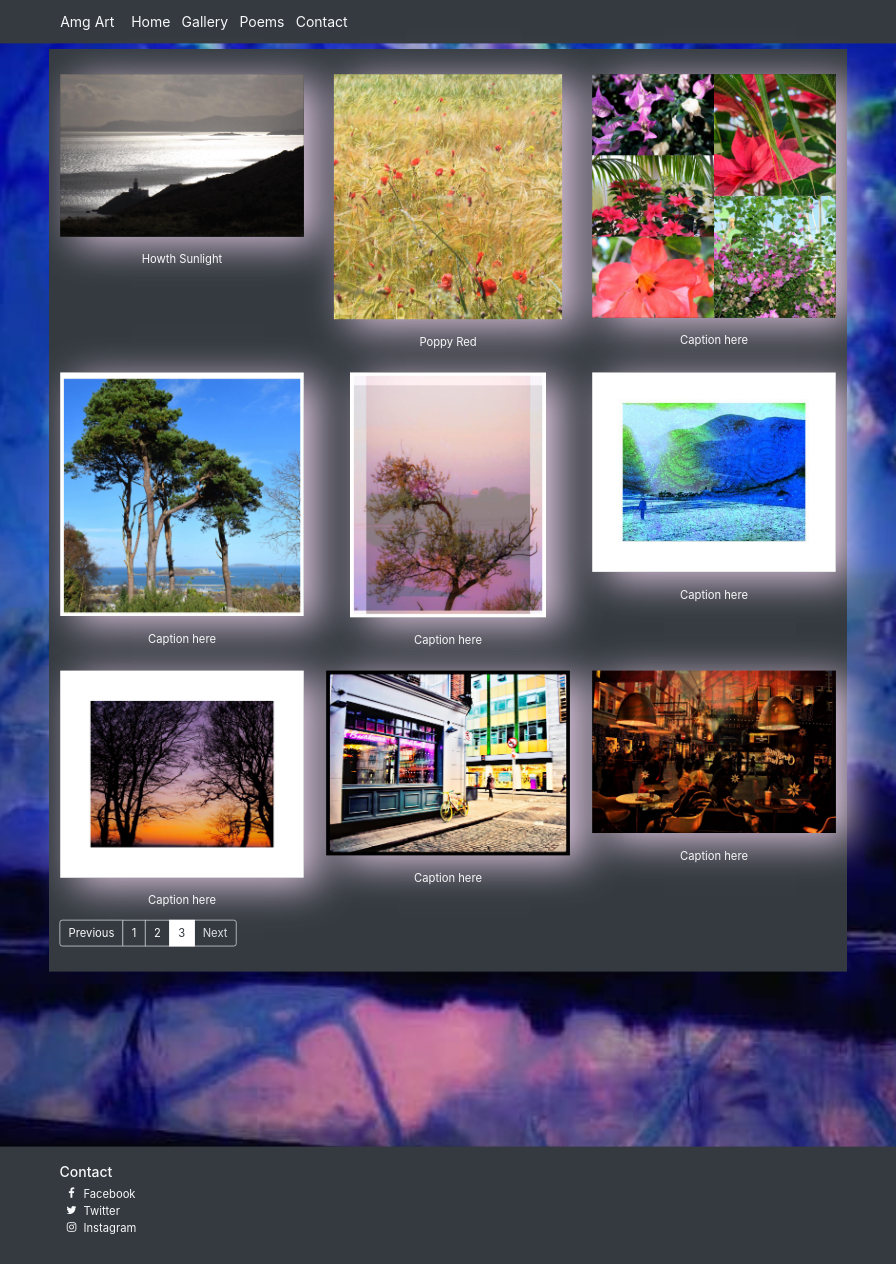
Repository: AllenGleeson/AmgArtGallery
Page: gallery3.html
The author's editor kept a record of every edit. The page is drawn from the files as they stood at one moment, then again after the next edit.
The browser window is 1280 px wide. The pictures show the whole page, at 70% of full size.

Above is the page before.

### gallery3.html
<!DOCTYPE html>
<html>

<head>
    <meta charset="UTF-8">
    <meta name="viewport" content="width=device-width, initial-scale=1.0">
    <meta http-equiv="X-UA-Compatible" content="ie=edge">
    <link rel="stylesheet" href="https://stackpath.bootstrapcdn.com/bootstrap/4.3.1/css/bootstrap.min.css" type="text/css" />
    <link rel="stylesheet" href="https://stackpath.bootstrapcdn.com/font-awesome/4.7.0/css/font-awesome.min.css" type="text/css" />
    <link rel="stylesheet" href="assets/css/style.css" type="text/css" />
</head>

<body>
    <header class="bg-dark mb-2">
        <nav class="navbar navbar-expand-sm navbar-light container">
            <a class="navbar-brand text-light" href="./index.html">Amg Art</a>
            <button class="navbar-toggler" type="button" data-toggle="collapse" data-target="#navbarNavAltMarkup" aria-controls="navbarNavAltMarkup" aria-expanded="false" aria-label="Toggle navigation">
                <span class="navbar-toggler-icon"></span>
            </button>
            <div class="collapse navbar-collapse" id="navbarNavAltMarkup">
                <div class="navbar-nav">
                    <a class="nav-item nav-link text-light" href="./index.html">Home</a>
                    <a class="nav-item nav-link text-light" href="./gallery1.html">Gallery</a>
                    <a class="nav-item nav-link text-light" href="./poems.html">Poems</a>
                    <a class="nav-item nav-link text-light active" href="./contact.html">Contact <span class="sr-only">(current)</span></a>
                </div>
            </div>
        </nav>
    </header>

    <section class="container bg-dark">

        <div class="row">
            <div class="col-sm-4 p-3 text-center" data-toggle="modal" data-target="#image-01">
                <img src="assets/images/howthsunlight.jpg" class="galleryImage"></img>
                <div class="text-center text-light">Howth Sunlight</div>
            </div>
            <div class="col-sm-4 p-3 text-center" data-toggle="modal" data-target="#image-02">
                <img src="assets/images/poppyred.jpg" class="galleryImage"></img>
                <div class="text-center text-light">Poppy Red</div>
            </div>
            <div class="col-sm-4 p-3 text-center" data-toggle="modal" data-target="#image-03">
                <img src="assets/images/howhouseflowers.jpg" class="galleryImage"></img>
                <div class="text-center text-light">Caption here</div>
            </div>
            <div class="col-sm-4 p-3 text-center" data-toggle="modal" data-target="#image-04">
                <img src="assets/images/howth.jpg" class="galleryImage"></img>
                <div class="text-center text-light">Caption here</div>
            </div>
            <div class="col-sm-4 p-3 text-center" data-toggle="modal" data-target="#image-05">
                <img src="assets/images/plumblossum.jpg" class="galleryImage"></img>
                <div class="text-center text-light">Caption here</div>
            </div>
            <div class="col-sm-4 p-3 text-center" data-toggle="modal" data-target="#image-06">
                <img src="assets/images/theancientway.jpg" class="galleryImage"></img>
                <div class="text-center text-light">Caption here</div>
            </div>
            <div class="col-sm-4 p-3 text-center" data-toggle="modal" data-target="#image-07">
                <img src="assets/images/sunsettrees.jpg" class="galleryImage"></img>
                <div class="text-center text-light">Caption here</div>
            </div>
            <div class="col-sm-4 p-3 text-center" data-toggle="modal" data-target="#image-08">
                <img src="assets/images/dublincafe.jpg" class="galleryImage"></img>
                <div class="text-center text-light">Caption here</div>
            </div>
            <div class="col-sm-4 p-3 text-center" data-toggle="modal" data-target="#image-09">
                <img src="assets/images/citydreaming.jpg" class="galleryImage"></img>
                <div class="text-center text-light">Caption here</div>
            </div>
        </div>

        <!--  Gallery Page Navigation -->

        <nav aria-label="GalleryNav">
            <ul class="pagination">
                <li class="page-item">
                    <a class="page-link" href="./gallery2.html" tabindex="-1">Previous</a>
                </li>
                <li class="page-item">
                    <a class="page-link" href="./gallery1.html">1 <span class="sr-only">(current)</span></a>
                </li>
                <li class="page-item">
                    <a class="page-link" href="./gallery2.html">2 <span class="sr-only">(current)</span></a>
                </li>
                <li class="page-item active">
                    <a class="page-link active" href="./gallery3.html">3 <span class="sr-only">(current)</span></a>
                </li>
                <li class="page-item disabled">
                    <a class="page-link disabled" href="./gallery3.html">Next</a>
                </li>
            </ul>
        </nav>
    </section>

    <footer class="p-4 bg-dark text-light">
        <div class="container">
            <div class="row">
                <div class="col-sm-6">
                    <h5>Contact</h5>

                    <ul class="fa-ul">
                        <li><a href="www.facebook.com/amgasdsd" class="text-light"><i class="fa-li fa fa-facebook"></i><span>Facebook</span></a></li>
                        <li><a href="www.twitter.com/amgasdsd" class="text-light"><i class="fa-li fa fa-twitter"></i><span>Twitter</span></a></li>
                        <li><a href="www.instagram.com/amgasdsd" class="text-light"><i class="fa-li fa fa-instagram"></i><span>Instagram</span></a></li>
                    </ul>
                </div>
            </div>
        </div>
    </footer>

    <!-- Modals for Images -->

    <div class="modal fade" id="image-01" tabindex="-1" role="dialog" aria-labelledby="exampleModalLabel" aria-hidden="true">
        <div class="modal-dialog modal-dialog-centered" role="image">
            <div class="modal-content">
                <div class="modal-body">
                    <img src="assets/images/summertreeshowth.jpg" class="mw-100"></img>
                    <div class="text-center">Summer trees, Howth</div>
                </div>
            </div>
        </div>
    </div>

    <div class="modal fade" id="image-02" tabindex="-1" role="dialog" aria-labelledby="exampleModalLabel" aria-hidden="true">
        <div class="modal-dialog modal-dialog-centered" role="image">
            <div class="modal-content">
                <div class="modal-body">
                    <img src="assets/images/summercowparsley.jpg" class="mw-100"></img>
                    <div class="text-center">Late spring, Wicklow</div>
                </div>
            </div>
        </div>
    </div>

    <div class="modal fade" id="image-03" tabindex="-1" role="dialog" aria-labelledby="exampleModalLabel" aria-hidden="true">
        <div class="modal-dialog modal-dialog-centered" role="image">
            <div class="modal-content">
                <div class="modal-body">
                    <img src="assets/images/poppyfield.jpg" class="mw-100"></img>
                    <div class="text-center">Poppy field</div>
                </div>
            </div>
        </div>
    </div>

    <div class="modal fade" id="image-04" tabindex="-1" role="dialog" aria-labelledby="exampleModalLabel" aria-hidden="true">
        <div class="modal-dialog modal-dialog-centered" role="image">
            <div class="modal-content">
                <div class="modal-body">
                    <img src="assets/images/rose.jpg" class="mw-100"></img>
                    <div class="text-center">Rose</div>
                </div>
            </div>
        </div>
    </div>

    <div class="modal fade" id="image-05" tabindex="-1" role="dialog" aria-labelledby="exampleModalLabel" aria-hidden="true">
        <div class="modal-dialog modal-dialog-centered" role="image">
            <div class="modal-content">
                <div class="modal-body">
                    <img src="assets/images/sunsetmeath.jpg" class="mw-100"></img>
                    <div class="text-center">Sunset, Meath</div>
                </div>
            </div>
        </div>
    </div>

    <div class="modal fade" id="image-06" tabindex="-1" role="dialog" aria-labelledby="exampleModalLabel" aria-hidden="true">
        <div class="modal-dialog modal-dialog-centered" role="image">
            <div class="modal-content">
                <div class="modal-body">
                    <img src="assets/images/summercowparsley.jpg" class="mw-100"></img>
                    <div class="text-center">Summer cow parsley</div>
                </div>
            </div>
        </div>
    </div>

    <div class="modal fade" id="image-07" tabindex="-1" role="dialog" aria-labelledby="exampleModalLabel" aria-hidden="true">
        <div class="modal-dialog modal-dialog-centered" role="image">
            <div class="modal-content">
                <div class="modal-body">
                    <img src="assets/images/loghcrewmeath.jpg" class="mw-100"></img>
                    <div class="text-center">Loghcrew, Meath</div>
                </div>
            </div>
        </div>
    </div>

    <div class="modal fade" id="image-08" tabindex="-1" role="dialog" aria-labelledby="exampleModalLabel" aria-hidden="true">
        <div class="modal-dialog modal-dialog-centered" role="image">
            <div class="modal-content">
                <div class="modal-body">
                    <img src="assets/images/dublincafe.jpg" class="mw-100"></img>
                    <div class="text-center">Dublin cafe</div>
                </div>
            </div>
        </div>
    </div>

    <div class="modal fade" id="image-09" tabindex="-1" role="dialog" aria-labelledby="exampleModalLabel" aria-hidden="true">
        <div class="modal-dialog modal-dialog-centered" role="image">
            <div class="modal-content">
                <div class="modal-body">
                    <img src="assets/images/citydreaming.jpg" class="mw-100"></img>
                    <div class="text-center">City dreaming</div>
                </div>
            </div>
        </div>
    </div>

    <script src="https://code.jquery.com/jquery-3.3.1.slim.min.js" integrity="sha384-q8i/X+965DzO0rT7abK41JStQIAqVgRVzpbzo5smXKp4YfRvH+8abtTE1Pi6jizo" crossorigin="anonymous"></script>
    <script src="https://cdnjs.cloudflare.com/ajax/libs/popper.js/1.14.7/umd/popper.min.js" integrity="sha384-UO2eT0CpHqdSJQ6hJty5KVphtPhzWj9WO1clHTMGa3JDZwrnQq4sF86dIHNDz0W1" crossorigin="anonymous"></script>
    <script src="https://stackpath.bootstrapcdn.com/bootstrap/4.3.1/js/bootstrap.min.js" integrity="sha384-JjSmVgyd0p3pXB1rRibZUAYoIIy6OrQ6VrjIEaFf/nJGzIxFDsf4x0xIM+B07jRM" crossorigin="anonymous"></script>
</body>
</html>

### assets/css/style.css
section {
    display: block;
    width: 1800px;
    padding: 20px;
}

/*------------------------------------------------Color*/

.contentColor {
    background-color: #6A5ACD;
}

/*------------------------------------------------Nav Bar*/

.navbar-toggler {
    background-color: #fafafa;
}

.navbar-nav {
    font-size: 20px;
}

body {
    background-image: url("../images/bluescape.jpg");
    background-size: cover;
    background-repeat: no-repeat;
    background-position: center center;
}


/*------------------------------------------------Home Page*/

#FeaturedImages {
    border: 1px solid black;
    border-color: #fafafa;
    max-height: 700px;
    margin-left: auto;
    margin-right: auto;
    width: fit-content;
}

.carousel-item img {
    max-height: 700px;
}

@media only screen and (max-width: 768px) {
    .carousel-item img {
        max-height: 300px;
        max-width: 300px;
    }
}

/*------------------------------------------------Gallery Page*/

.galleryImage {
    max-height: 350px;
    max-width: 100%;
    margin-bottom: 20px;
    -webkit-box-shadow: 21px 11px 53px 0px rgba(235, 209, 235, 0.92);
    -moz-box-shadow: 21px 11px 53px 0px rgba(235, 209, 235, 0.92);
    box-shadow: 21px 11px 53px 0px rgba(235, 209, 235, 0.92);
}

@media only screen and (max-width: 768px) {
    .galleryImage {
        max-height: none;
    }
}

.page-item.disabled .page-link {
    color: #dee2e6;
    pointer-events: none;
    cursor: auto;
    background-color: #343a40;
}

.page-item.active .page-link {
    z-index: 1;
    color: #343a40;
    background-color: #fff;
    border-color: #fff;
}

.page-link {
    position: relative;
    display: block;
    padding: .5rem .75rem;
    margin-left: -1px;
    line-height: 1.25;
    color: #fafafa;
    background-color: #343a40;
    border: 1px solid #dee2e6;
}

/*------------------------------------------------Poems*/

.poems {
    max-width: 100%;
    -webkit-box-shadow: 21px 11px 53px 0px rgba(235, 209, 235, 0.92);
    -moz-box-shadow: 21px 11px 53px 0px rgba(235, 209, 235, 0.92);
    box-shadow: 21px 11px 53px 0px rgba(235, 209, 235, 0.92);
    padding: 0;
    border: none;
}

/*------------------------------------------------Contact*/

.aboutmeContainer {
    -webkit-box-shadow: 21px 11px 53px 0px rgba(235, 209, 235, 0.92);
    -moz-box-shadow: 21px 11px 53px 0px rgba(235, 209, 235, 0.92);
    box-shadow: 21px 11px 53px 0px rgba(235, 209, 235, 0.92);
    margin-bottom: 90px;
}

#aboutmeBio {
    font-size: 22px;
    font-family: Noto Sans, "san-serif";
    color: #fafafa;
}

#aboutImage {
    max-height: 350px;
    max-width: 100%;
    margin-bottom: 20px;
    -webkit-box-shadow: 21px 11px 53px 0px rgba(235, 209, 235, 0.92);
    -moz-box-shadow: 21px 11px 53px 0px rgba(235, 209, 235, 0.92);
    box-shadow: 21px 11px 53px 0px rgba(235, 209, 235, 0.92);
}

@media only screen and (max-width: 768px) {
    #aboutImage {
        max-height: none;
    }
}

/*------------------------------------------------Footer*/

footer {
    bottom: 0;
    width: 100%;
    white-space: nowrap;
    /* Set the fixed height of the footer here */
    margin: 0;
    margin-top: 250px;
}

@media only screen and (max-width: 500px) {
    footer {
        margin-top: 20px;
    }
}

#footer-icon {
    max-width: 150px;
}

After the next edit:
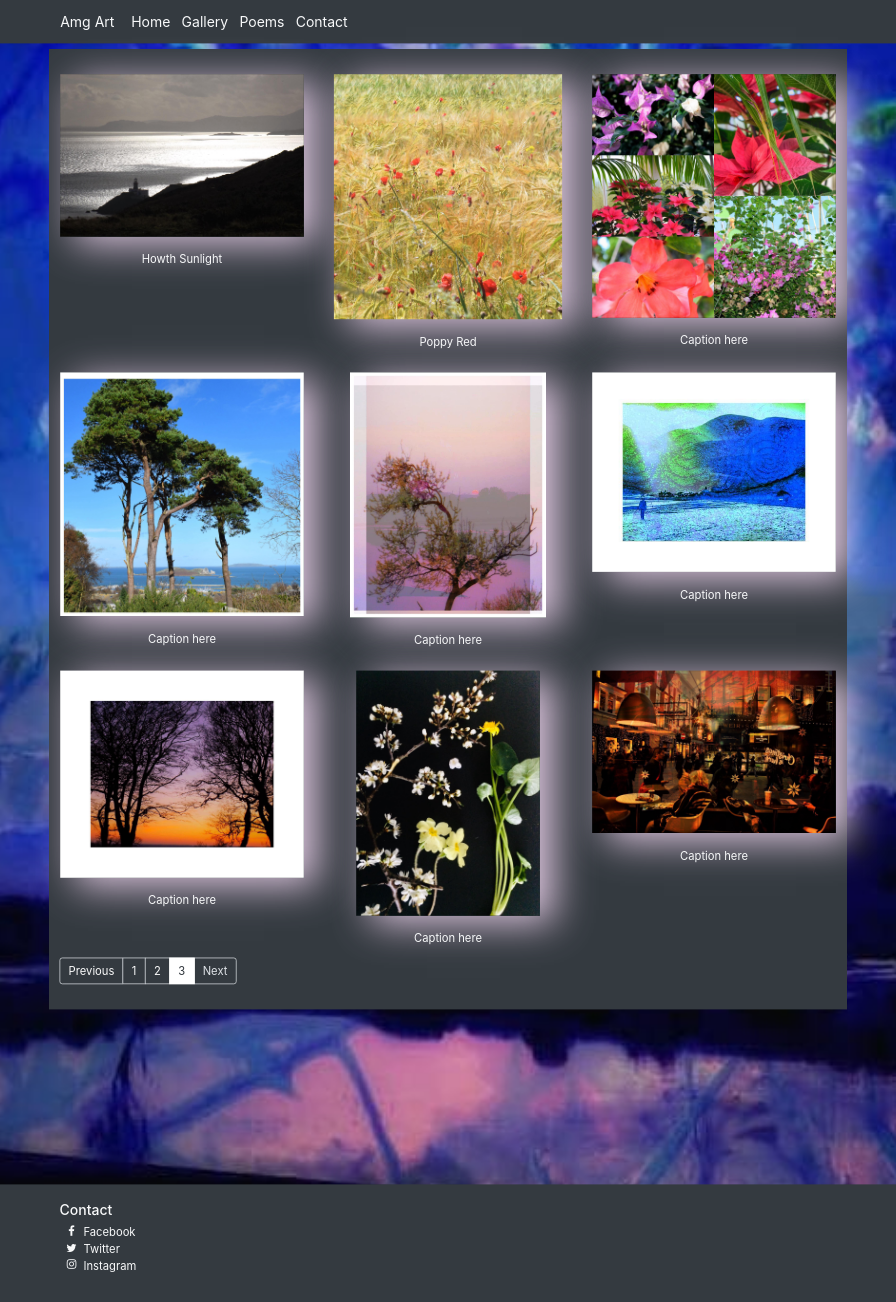
The edit:
--- a/gallery3.html
+++ b/gallery3.html
@@ -60,7 +60,7 @@
                 <div class="text-center text-light">Caption here</div>
             </div>
             <div class="col-sm-4 p-3 text-center" data-toggle="modal" data-target="#image-08">
-                <img src="assets/images/dublincafe.jpg" class="galleryImage"></img>
+                <img src="assets/images/hawthorn.jpg" class="galleryImage"></img>
                 <div class="text-center text-light">Caption here</div>
             </div>
             <div class="col-sm-4 p-3 text-center" data-toggle="modal" data-target="#image-09">
